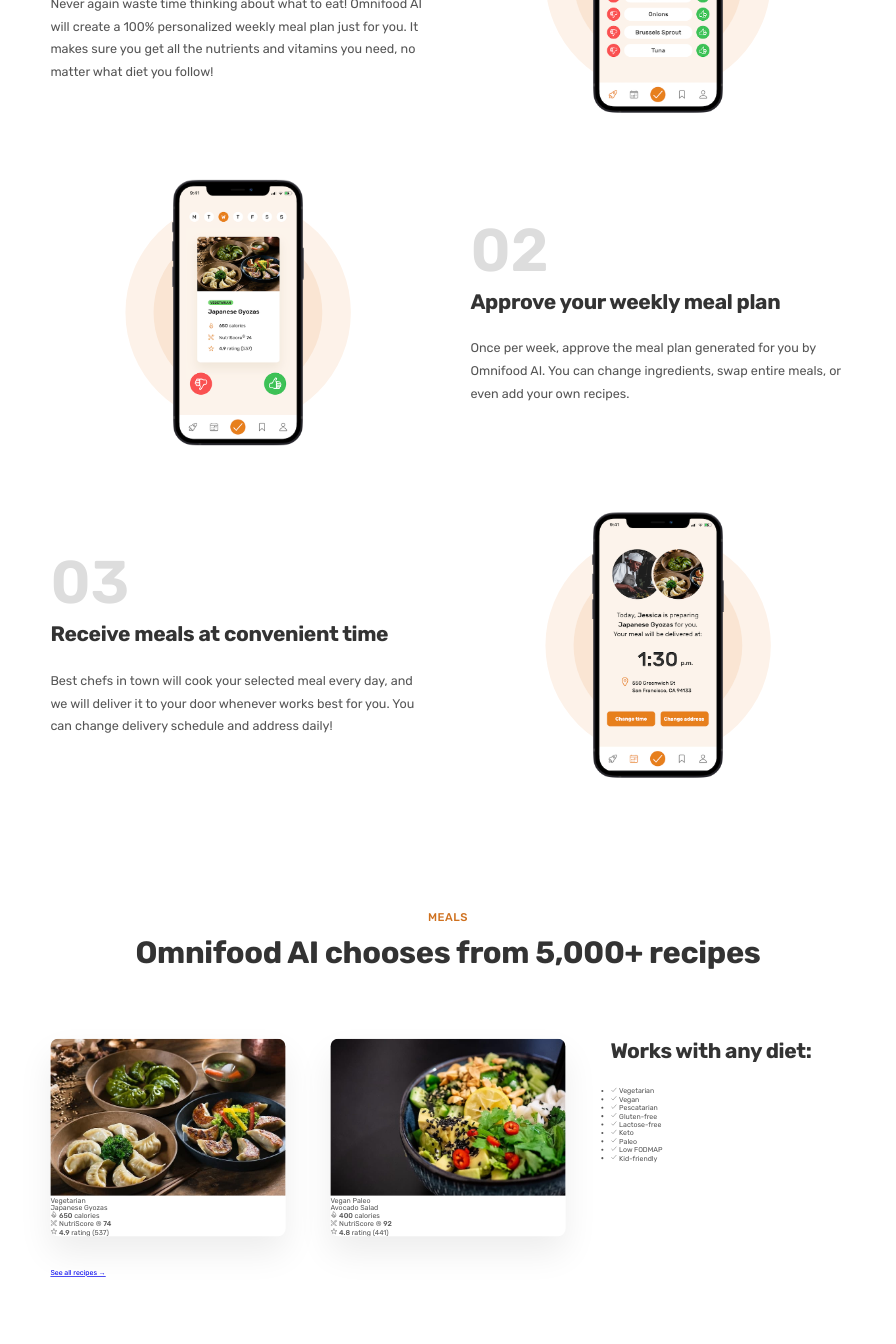
Repository: nghiakma/HTML-CSS-Fundamental
Page: Ominifood/index.html
An editor plug-in stored every save of this project. The page is shown before and after the next save, followed by the edit.
The browser window is 1280 px wide. The pictures show the part of the page from y = 1440 to 3360 px (the page is 3360 px tall), at 70% of full size.
The pointer rests on the first visible `.meal`.
Some web libraries are served in a nearby version.

Above is the page before, as saved 2023-08-28 14:09:08.

After the next save:
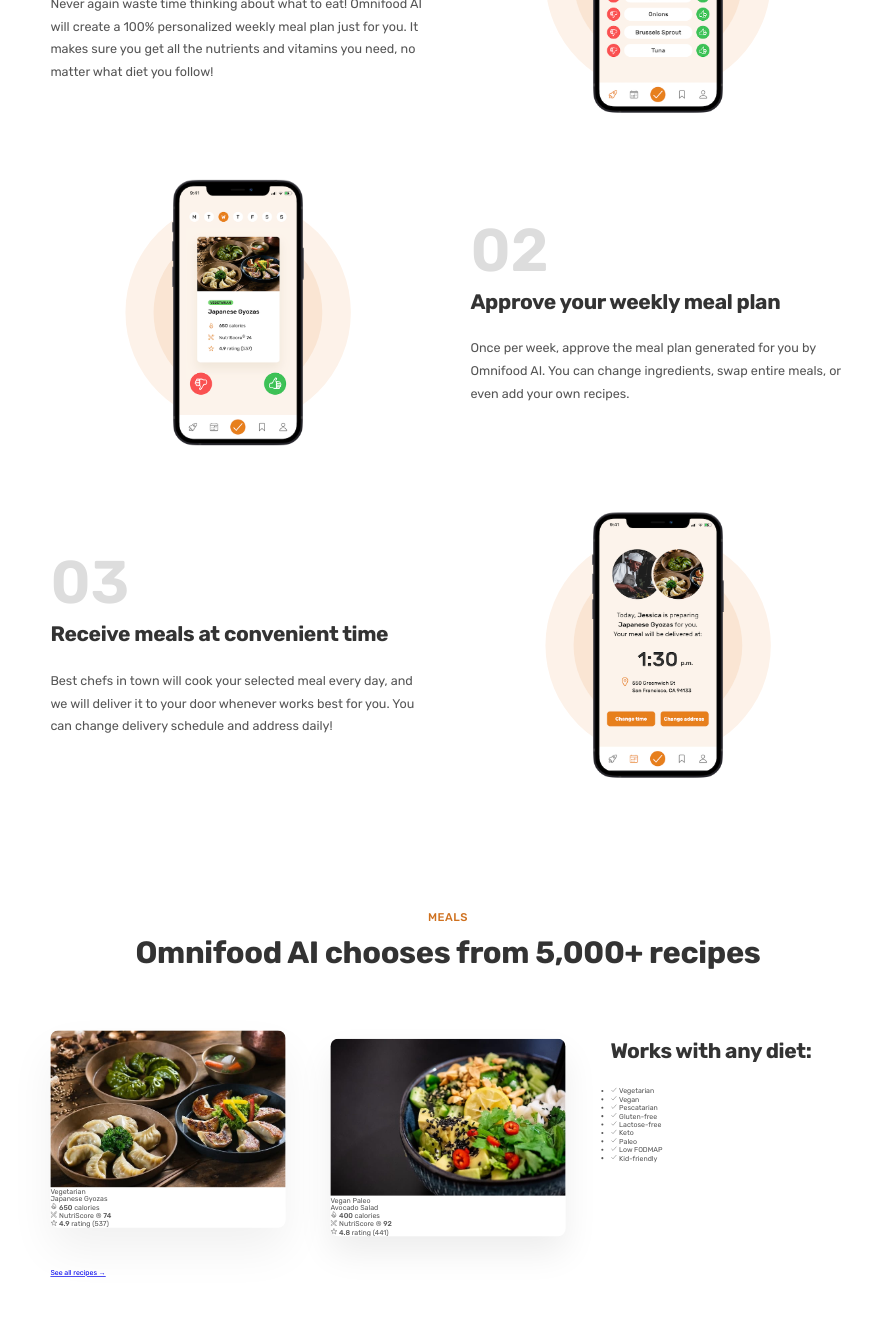
Saved 14 s later.
--- a/Ominifood/style.css
+++ b/Ominifood/style.css
@@ -380,3 +380,7 @@ strong {
   border-radius: 11px;
   overflow: hidden;
 }
+.meal:hover {
+  transform: translateY(-1.2rem);
+  box-shadow: 0 3.2rem 6.4rem rgba(0, 0, 0, 0.06);
+}
